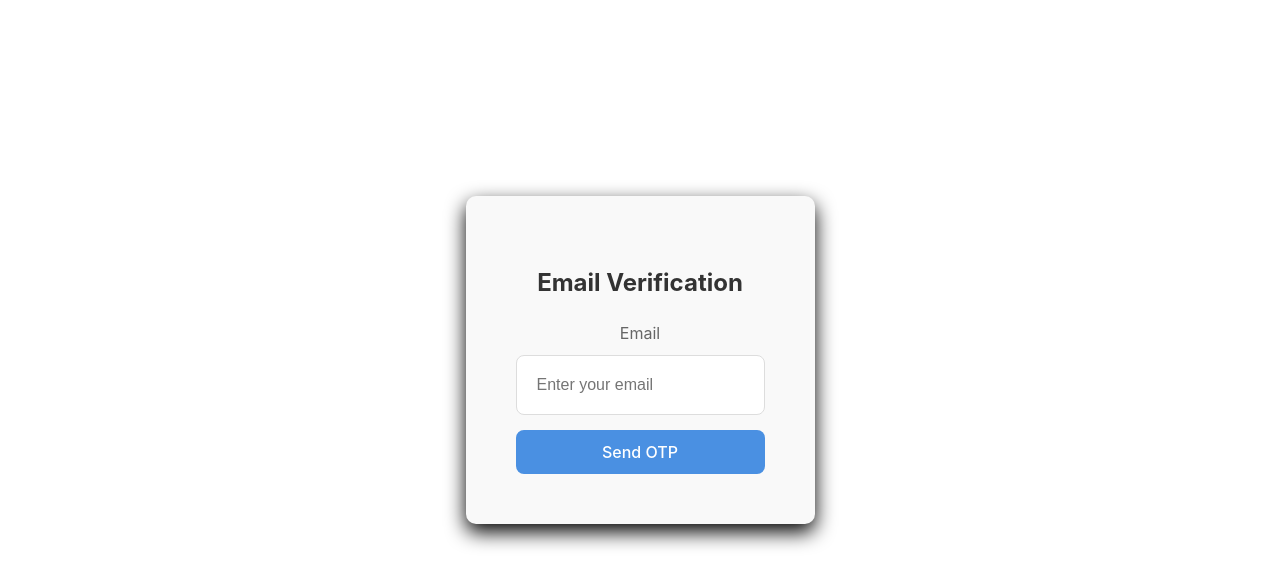
Repository: sarathraj2002/MockTest
Page: / (app in Frontend/)
An editor plug-in stored every save of this project. The page is shown before and after a run of saves, followed by the edit.
The browser window is 1280 px wide. The pictures show the whole page.
The project was rebuilt for these pictures with package versions that can differ from the ones it lists, and the page was loaded fresh each time. Also part of the build but not shown: Frontend/vite.config.js, Frontend/src/components/Home.jsx, Frontend/src/components/Mail.jsx.

Above is the page before, as saved 2024-11-13 17:05:51.

### Frontend/index.html
<!doctype html>
<html lang="en">
  <head>
    <meta charset="UTF-8" />
    <link rel="icon" type="image/svg+xml" href="/vite.svg" />
    <meta name="viewport" content="width=device-width, initial-scale=1.0" />
    <title>MockTest</title>
  </head>
  <body>
    <div id="root"></div>
    <script type="module" src="/src/main.jsx"></script>
  </body>
</html>

### Frontend/src/main.jsx
import { StrictMode } from 'react'
import { createRoot } from 'react-dom/client'
import App from './App.jsx'
import './index.css'
import { BrowserRouter } from 'react-router-dom'


createRoot(document.getElementById('root')).render(
  <StrictMode>
     <BrowserRouter>
    <App />
    </BrowserRouter>
  </StrictMode>,
)

### Frontend/src/App.jsx
import { useState } from 'react'
import './App.css'
import Otp from './components/Otp'
import { Home } from './components/Home'
import { Route,Routes,useNavigate } from 'react-router-dom'
import Mail from './components/Mail'

function App() {
  const [email, setEmail] = useState('');
  const navigate = useNavigate();
  const handleEmailSubmit=(email)=>{
    setEmail(email);
    navigate('/check');
  }


  return (
    <>
    <Routes>
      <Route path='/' element={<Otp onEmailSubmit={handleEmailSubmit}/>}></Route>
      <Route path='/check' element={<Mail/>}></Route>
      <Route path='/home' element={<Home/>}></Route>
    </Routes>
    </>
  )
}

export default App

### Frontend/src/components/Otp.jsx
import React, { useState } from 'react';
import axios from 'axios';

function Email({ onEmailSubmit }) {
  const [email, setEmail] = useState('');
  const [otp, setOtp] = useState('');
  const [errorMessage, setErrorMessage] = useState('');
  const [otpSent, setOtpSent] = useState(false);


  const handleEmailSubmit = async (e) => {
    e.preventDefault();
    setErrorMessage('');
    try {

      const response = await axios.post('http://localhost:5000/api/send-otp', { email });
      const data = response.data;

      console.log(data);

      if (data.success) {
        setOtpSent(true);
        onEmailSubmit(email);
      } else {
        setErrorMessage('Error sending OTP. Please try again.');
      }
    } catch (error) {
      setErrorMessage('An error occurred while sending OTP.');
      console.error('Error:', error);
    }
  };


  const handleOtpSubmit = async (e) => {
    e.preventDefault();
    setErrorMessage('');
    try {
      const response = await axios.post('http://localhost:5000/api/verify-otp', { otp });
      const data = response.data;

      if (data.valid) {
        alert('OTP validated successfully!');
      } else {
        setErrorMessage(data.message || 'Invalid OTP. Please try again.');
      }
    } catch (error) {
      setErrorMessage('An error occurred while validating OTP.');
      console.error('Error:', error);
    }
  };

  return (
   <div
  style={{
    maxWidth: '800px',
    margin: 'auto',
    padding: '50px',
    textAlign: 'center',
    backgroundColor: '#f9f9f9',
    boxShadow: '0 8px 20px rgba(2, 2, 2, 3)',
    borderRadius: '10px',
  }}
>
  <h2 style={{ color: '#333', marginBottom: '20px' }}>Email Verification</h2>
  {!otpSent ? (
    <form onSubmit={handleEmailSubmit} style={{ display: 'flex', flexDirection: 'column' }}>
      <label htmlFor="email" style={{ marginBottom: '10px', color: '#666' }}>Email</label>
      <input
        id="email"
        type="email"
        value={email}
        onChange={(e) => setEmail(e.target.value)}
        required
        placeholder="Enter your email"
        style={{
          padding: '20px',
          marginBottom: '15px',
          borderRadius: '8px',
          border: '1px solid #ddd',
          fontSize: '16px',
        }}
      />
      <button
        type="submit"
        style={{
          padding: '12px 20px',
          backgroundColor: '#4a90e2',
          color: 'white',
          border: 'none',
          borderRadius: '8px',
          cursor: 'pointer',
          transition: 'background-color 0.3s',
        }}
        onMouseEnter={(e) => (e.target.style.backgroundColor = '#357ABD')}
        onMouseLeave={(e) => (e.target.style.backgroundColor = '#4a90e2')}
      >
        Send OTP
      </button>
      {errorMessage && (
        <p style={{ color: 'red', marginTop: '15px' }}>
          {errorMessage}
        </p>
      )}
    </form>
  ) : (
    <form onSubmit={handleOtpSubmit} style={{ display: 'flex', flexDirection: 'column' }}>
      <label htmlFor="otp" style={{ marginBottom: '10px', color: '#666' }}>Enter OTP</label>
      <input
        id="otp"
        type="text"
        value={otp}
        onChange={(e) => setOtp(e.target.value)}
        required
        placeholder="Enter OTP"
        style={{
          padding: '12px',
          marginBottom: '15px',
          borderRadius: '8px',
          border: '1px solid #ddd',
          fontSize: '16px',
        }}
      />
      <button
        type="submit"
        style={{
          padding: '12px 20px',
          backgroundColor: '#5cb85c',
          color: 'white',
          border: 'none',
          borderRadius: '8px',
          cursor: 'pointer',
          transition: 'background-color 0.3s',
        }}
        onMouseEnter={(e) => (e.target.style.backgroundColor = '#4CAE4C')}
        onMouseLeave={(e) => (e.target.style.backgroundColor = '#5cb85c')}
      >
        Validate OTP
      </button>
      {errorMessage && (
        <p style={{ color: 'red', marginTop: '15px' }}>
          {errorMessage}
        </p>
      )}
    </form>
  )}
</div>
)}
export default Email;

Loaded but not shown: Frontend/src/index.css (common file); Frontend/src/App.css (common file)

After the next 5 saves:
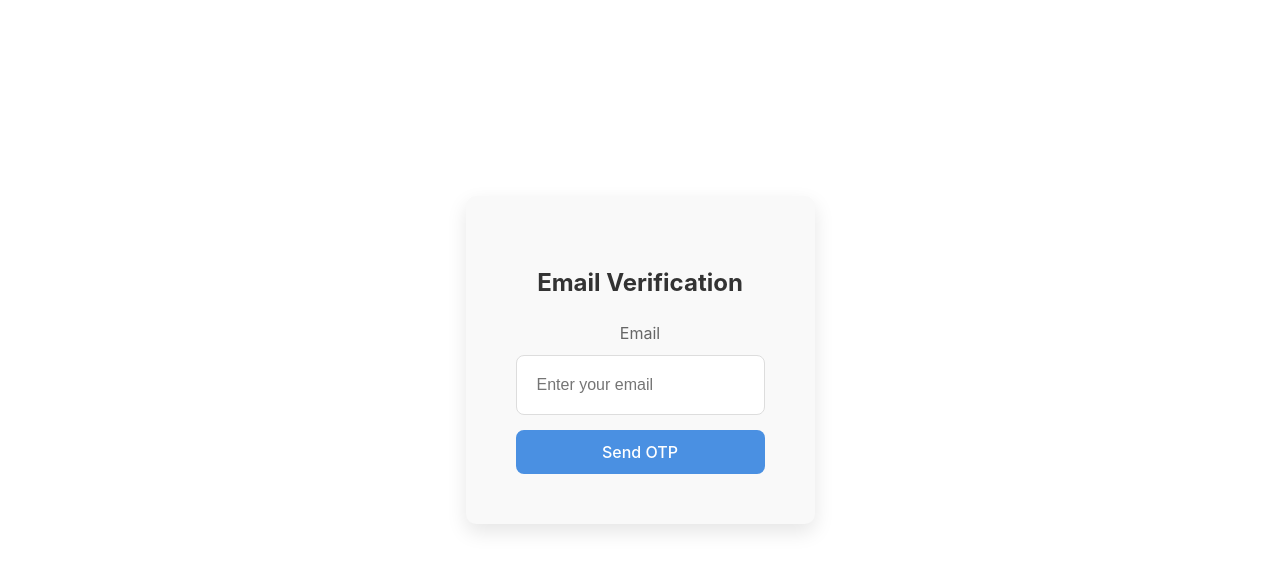
The 5 saves are shown as one change because they came seconds apart.
The last was saved 15 s later.
--- a/Frontend/src/components/Otp.jsx
+++ b/Frontend/src/components/Otp.jsx
@@ -57,7 +57,7 @@
     padding: '50px',
     textAlign: 'center',
     backgroundColor: '#f9f9f9',
-    boxShadow: '0 8px 20px rgba(2, 2, 2, 3)',
+    boxShadow: '0 8px 20px rgba(2, 2, 2, 0.1)',
     borderRadius: '10px',
   }}
 >

After the save that followed:
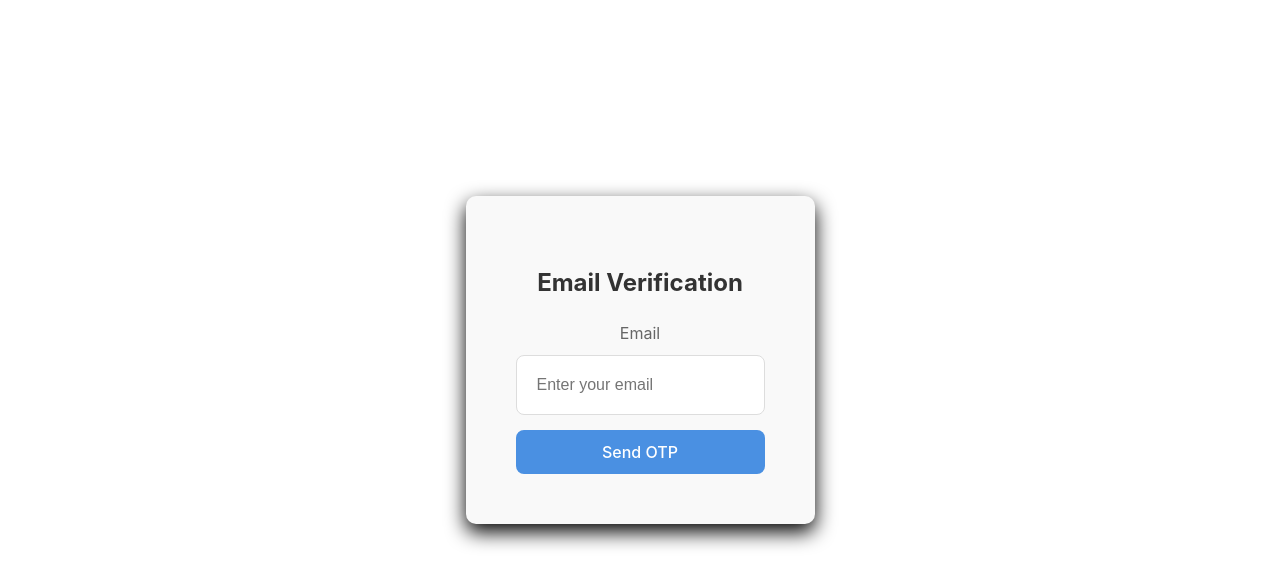
Saved 5 s later.
--- a/Frontend/src/components/Otp.jsx
+++ b/Frontend/src/components/Otp.jsx
@@ -57,7 +57,7 @@
     padding: '50px',
     textAlign: 'center',
     backgroundColor: '#f9f9f9',
-    boxShadow: '0 8px 20px rgba(2, 2, 2, 0.1)',
+    boxShadow: '0 8px 20px rgba(2, 2, 2, 1)',
     borderRadius: '10px',
   }}
 >
